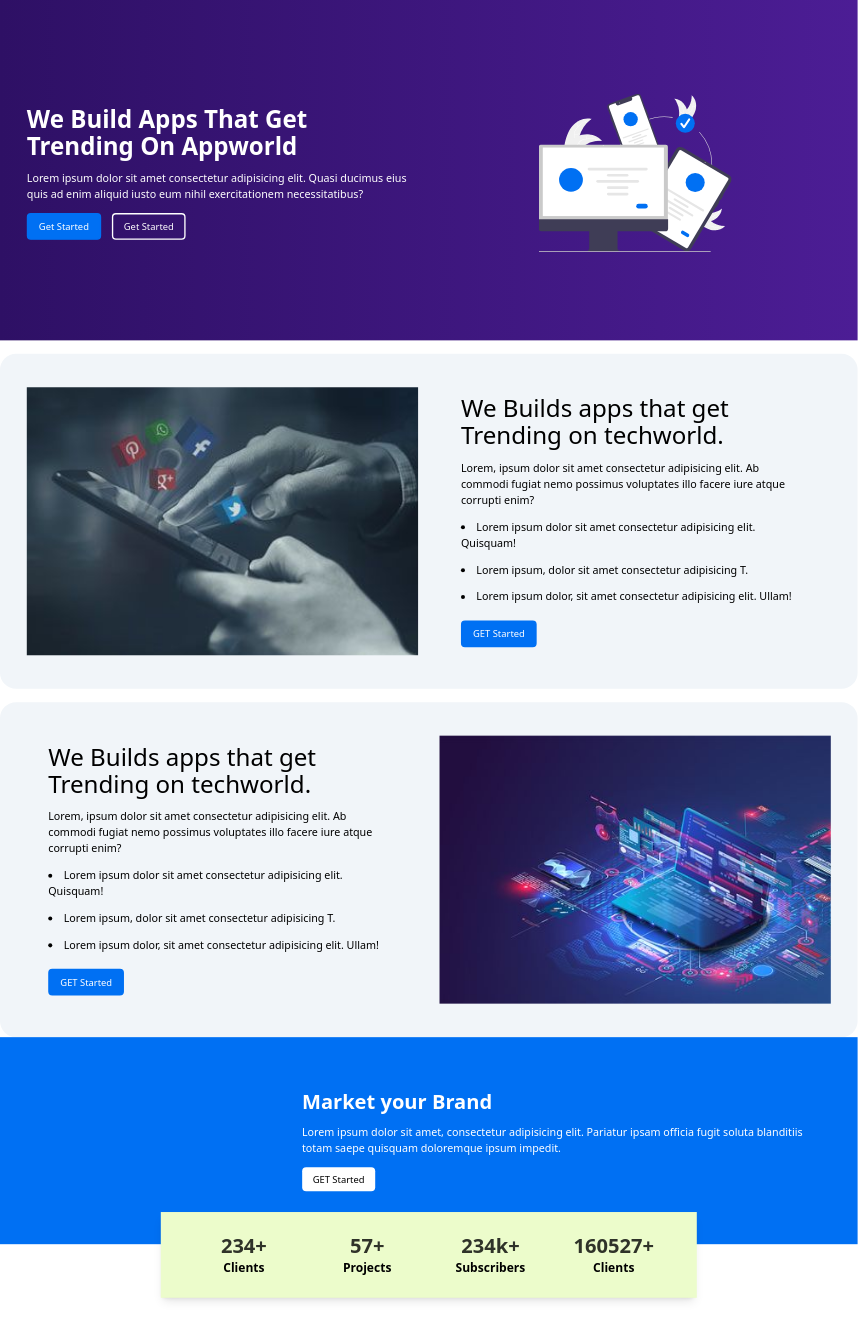
Repository: Kish202/Coz-Marketing-Site
Page: / (app in frontend/)
These files come from the project's save history. The page is drawn as it stood at one moment and after the next save; the edit follows.
The browser window is 1280 px wide. The pictures show the whole page, at 67% of full size.
Pictures or frames that could not be fetched are drawn as grey boxes. The project was rebuilt for these pictures with package versions that can differ from the ones it lists, and the page was loaded fresh each time. Also part of the build but not shown: frontend/vite.config.js.

Above is the page before, as saved 2025-05-25 11:40:18.

After the next save:
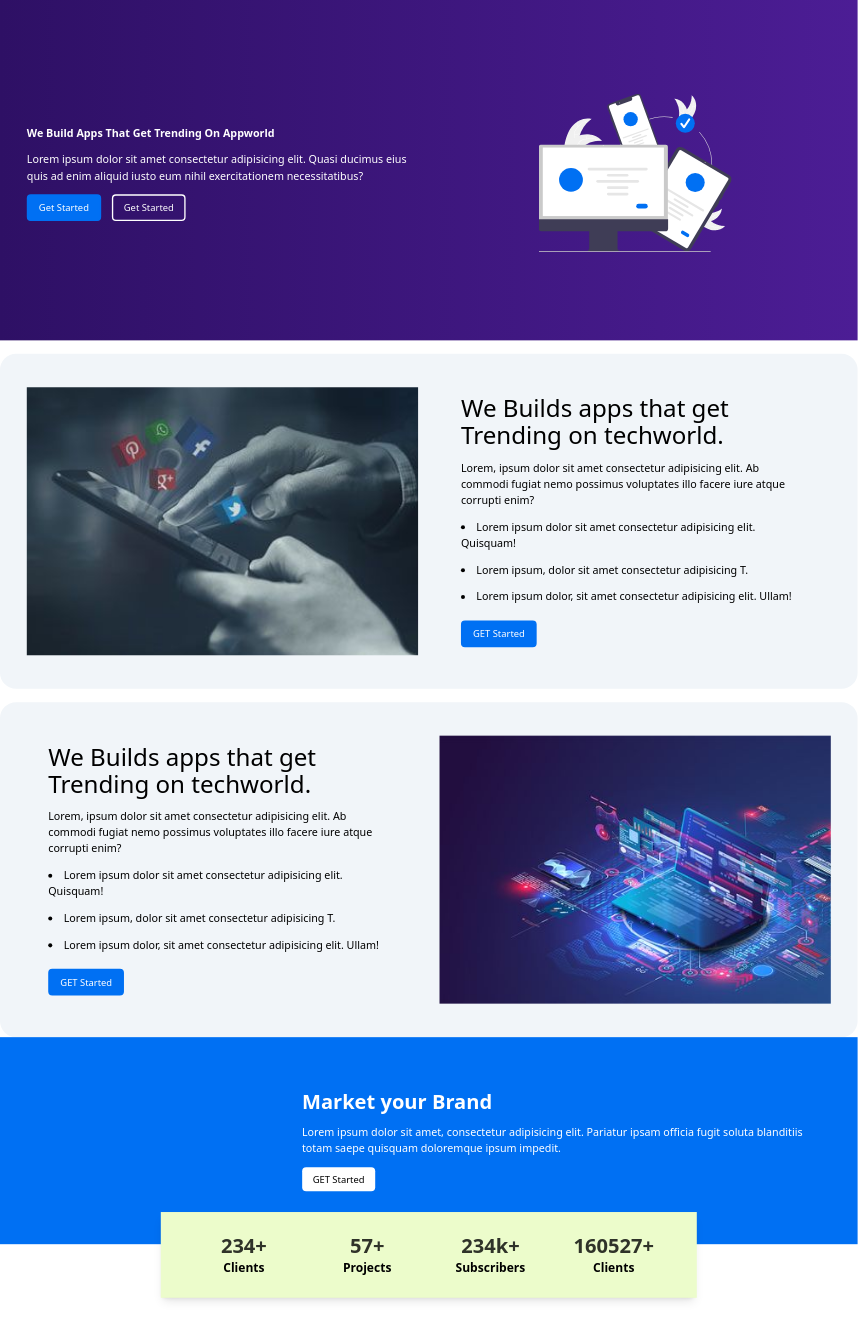
Saved 36 s later.
--- a/frontend/src/components/Hero/Hero.jsx
+++ b/frontend/src/components/Hero/Hero.jsx
@@ -87,7 +87,7 @@ const Hero = () => {
             data-aos-once="false"
             className="flex flex-col items-center gap-4 text-center text-white md:items-start md:text-left "
           >
-              <h1 className=" text-4xl font-extrabold">
+              <h1 className=" text- font-extrabold">
               We Build Apps That Get Trending On Appworld
             </h1>
             <p className="">
